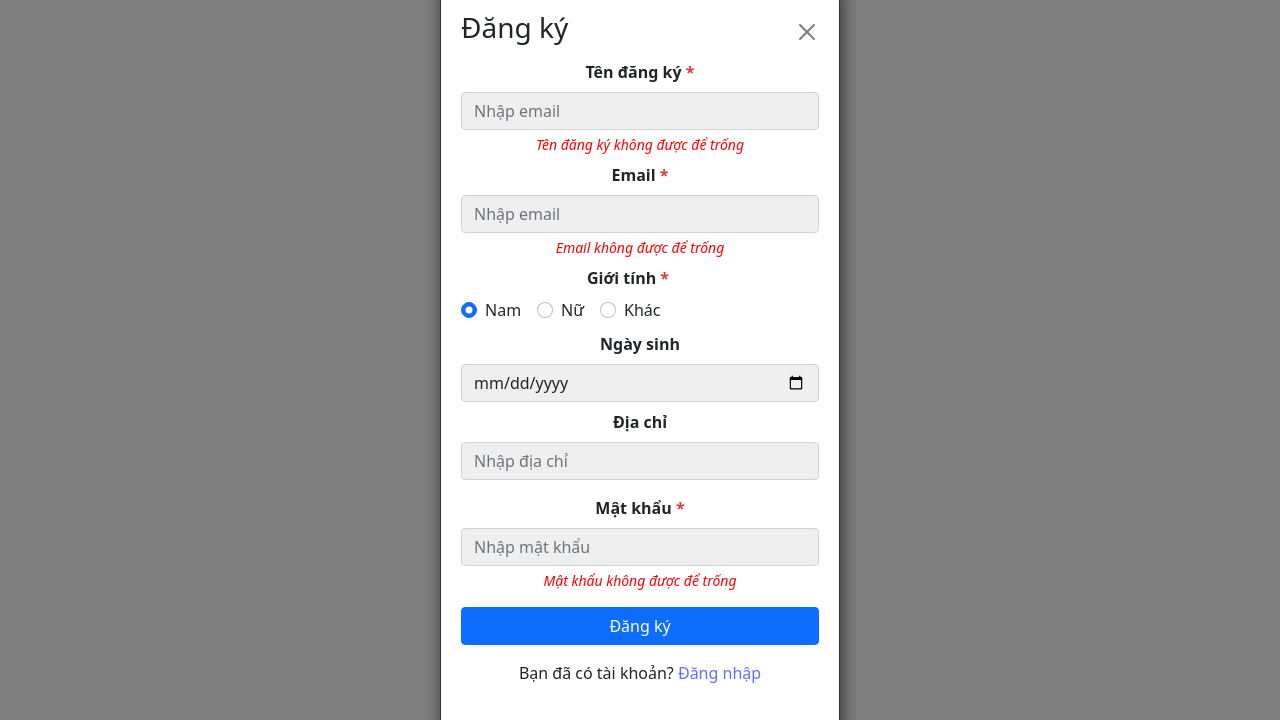
Repository: TinhTT336/MD02_Session12
Page: / (app in client/)
An editor plug-in stored every save of this project. The page is shown before and after the next save, followed by the edit.
The browser window is 1280 px wide. The pictures show the whole page.
The project was rebuilt for these pictures with package versions that can differ from the ones it lists, and the page was loaded fresh each time. Also part of the build but not shown: client/vite.config.js, client/src/utils/formatData.js, client/src/components/admin/manager-product/FormAdd.jsx, client/src/components/admin/manager-product/FormEdit.jsx, client/src/pages/product/ListProduct.jsx, client/src/components/admin/manager-user/FormAddUser.jsx, client/src/components/admin/manager-user/FormEditUser.jsx, client/src/components/base/loading.css and 4 more.

Above is the page before, as saved 2023-09-12 16:04:52.

### client/index.html
<!DOCTYPE html>
<html lang="en">
  <head>
    <meta charset="UTF-8" />
    <link rel="icon" type="image/svg+xml" href="/vite.svg" />
    <meta name="viewport" content="width=device-width, initial-scale=1.0" />
    <title>Vite + React</title>
    <link
      href="https://cdn.jsdelivr.net/npm/bootstrap@5.0.2/dist/css/bootstrap.min.css"
      rel="stylesheet"
      integrity="sha384-EVSTQN3/azprG1Anm3QDgpJLIm9Nao0Yz1ztcQTwFspd3yD65VohhpuuCOmLASjC"
      crossorigin="anonymous"
    />
    <link
      rel="stylesheet"
      href="https://cdnjs.cloudflare.com/ajax/libs/font-awesome/6.4.2/css/all.min.css"
      integrity="sha512-z3gLpd7yknf1YoNbCzqRKc4qyor8gaKU1qmn+CShxbuBusANI9QpRohGBreCFkKxLhei6S9CQXFEbbKuqLg0DA=="
      crossorigin="anonymous"
      referrerpolicy="no-referrer"
    />
  </head>
  <body>
    <div id="root"></div>
    <script type="module" src="/src/main.jsx"></script>
  </body>
</html>

### client/src/App.jsx
import { useState } from 'react'
import reactLogo from './assets/react.svg'
import viteLogo from '/vite.svg'
import './App.css'
import ListProduct from './pages/product/ListProduct'
import ListUser from './pages/admin/ListUser'
import Login from './pages/user/login/Login'
import Register from './pages/user/register/Register'

function App() {
  const [count, setCount] = useState(0)

  return (
    <>
      {/* <ListProduct /> */}
      {/* <ListUser /> */}
      {/* <Login /> */}
      <Register />
    </>
  )
}

export default App

### client/src/pages/user/register/Register.jsx
import React, { useState } from 'react'
import "./register.css";
export default function Register() {
    const [gender, setGender] = useState(0);

    // danh sach gender
    const listGender = [
        {
            id: 0,
            title: "Nam"
        },
        {
            id: 1,
            title: "Nữ"
        },
        {
            id: 2,
            title: "Khác"
        }
    ]

    const [user, setUser] = useState({
        user_name: '',
        gender: 0,
        dateOfBirth: "",
        email: '',
        address: "",
        password: '',
        role: 1,
    });
    const [username, setUsername] = useState("");
    const [email, setEmail] = useState("");
    const [password, setPassword] = useState("");
    const [usernameError, setUsernameError] = useState(false);
    const [emailError, setemailError] = useState(false);
    const [passwordError, setPasswordError] = useState(false);

    // ham validate du lieu nhap vao
    const validateData = (nameInput, valueInput) => {
        switch (nameInput) {
            case "username":
                if (!username) {
                    setUsernameError(true);
                } else {
                    setUsernameError(false);
                }
            case "email":
                if (!email) {
                    setemailError(true);
                } else {
                    setemailError(false);
                }
            case "password":
                if (!password) {
                    setPasswordError(true);
                } else {
                    setPasswordError(false);
                }

            default:
                break;
        }
    }

    // ham lay du lieu tu o Input
    const handleInputChange = (e) => {
        const { username, email, password } = e.target;
        setUser({ ...user, gender: gender })
    }
    return (
        <>
            <div className='container-login'>
                <form className='form-login'>
                    <div className='d-flex justify-content-between align-items-center mb-2'>
                        <h3>Đăng ký</h3>
                        <div className='btn btn-close'></div>
                    </div>
                    <div className='form-group mb-2'>
                        <label className='form-label' htmlFor="username">Tên đăng ký <span className="text-danger">*</span></label>
                        <input className='form-control' type="text" name="username" id="username" placeholder='Nhập email'
                            onChange={handleInputChange} />
                        <div className='text-err mt-1 border-err'>Tên đăng ký không được để trống</div>
                    </div>
                    <div className='form-group mb-2'>
                        <label className='form-label' htmlFor="email">Email <span className="text-danger">*</span></label>
                        <input className='form-control' type="text" name="email" id="email" placeholder='Nhập email' onChange={handleInputChange} />
                        <div className='text-err mt-1 border-err'>Email không được để trống</div>
                    </div>
                    <div className='d-flex flex-column'>
                        <label htmlFor="gender" className="form-label me-4">
                            Giới tính <span className="text-danger">*</span>
                        </label>
                        <div className='d-flex'>
                            {listGender.map(g => (
                                <div className="form-check me-3" key={g.id}>
                                    <input
                                        className="form-check-input"
                                        type="radio" checked={g.id === gender}
                                        name="gender" onChange={() => setGender(g.id)}
                                    />
                                    <label className="form-check-label" htmlFor="gender">{g.title}</label>
                                </div>
                            ))}
                        </div>
                    </div>
                    <div className='form-group mb-2 mt-2'>
                        <label className='form-label' htmlFor="dateOfBirth">Ngày sinh</label>
                        <input className='form-control' type="date" name="dateOfBirth" id="dateOfBirth" placeholder='Nhập ngày sinh'
                            onChange={handleInputChange} />
                    </div>
                    <div className='form-group mb-3'>
                        <label className='form-label' htmlFor="address">Địa chỉ</label>
                        <input className='form-control' type="text" name="address" id="address" placeholder='Nhập địa chỉ'
                            onChange={handleInputChange} />
                    </div>
                    <div className='form-group mb-3'>
                        <label className='form-label' htmlFor="password">Mật khẩu <span className="text-danger">*</span></label>
                        <input className='form-control' type="password" name="password" id="password" placeholder='Nhập mật khẩu'
                            onChange={handleInputChange} />
                        <div className='text-err mt-1 border-err'>Mật khẩu không được để trống</div>
                    </div>
                    <div className='mb-2'>
                        <button className='btn btn-primary w-100'>Đăng ký</button>
                    </div>
                    <p className='p-2 text-center' >Bạn đã có tài khoản? <a href='#'>Đăng nhập</a> </p>

                </form>
            </div>
        </>
    )
}

### client/src/pages/user/login/login.css
.container-login {
  position: fixed;
  top: 0;
  bottom: 0;
  left: 0;
  right: 0;
  background: rgba(0, 0, 0, 0.5);
  display: flex;
  align-items: center;
  justify-content: center;
}
.form-login {
  padding: 30px 20px;
  border: 1px solid #333;
  width: 400px;
  background-color: #fff;
  border-radius: 5px;
  box-shadow: 2px 8px 16px 2px rgba(0, 0, 0, 0.5);
}
.form-group {
  display: flex;
  flex-direction: column;
}
.form-label {
  font-weight: 600;
}
.text-err {
  color: red;
  font-style: italic;
  font-size: 14px;
}
.border-err {
  border-color: red;
}

### client/src/pages/user/register/register.css
.container-login {
  position: fixed;
  top: 0;
  bottom: 0;
  left: 0;
  right: 0;
  background: rgba(0, 0, 0, 0.5);
  display: flex;
  align-items: center;
  justify-content: center;
}
.form-login {
  padding: 30px 20px;
  border: 1px solid #333;
  width: 400px;
  background-color: #fff;
  border-radius: 5px;
  box-shadow: 2px 8px 16px 2px rgba(0, 0, 0, 0.5);
}
.form-group {
  display: flex;
  flex-direction: column;
}
.form-label {
  font-weight: 600;
}
.text-err {
  color: red;
  font-style: italic;
  font-size: 14px;
}
/* .text-err.border-err {
  border-color: red;
} */

### client/src/components/admin/manager-product/product.css
.product-container {
  position: fixed;
  bottom: 0;
  top: 0;
  right: 0;
  left: 0;
  background: rgba(0, 0, 0, 0.6);
  display: flex;
  align-items: center;
  justify-content: center;
  min-height: 100vh;
}
.form-container {
  width: 400px;
  padding: 20px;
  background-color: #fff;
  border: 1px solid #3333;
  border-radius: 4px;
}
.form-control {
  background-color: #efefef;
}

Loaded but not shown: client/src/main.jsx (common file); client/src/index.css (common file); client/src/App.css (common file)

After the next save:
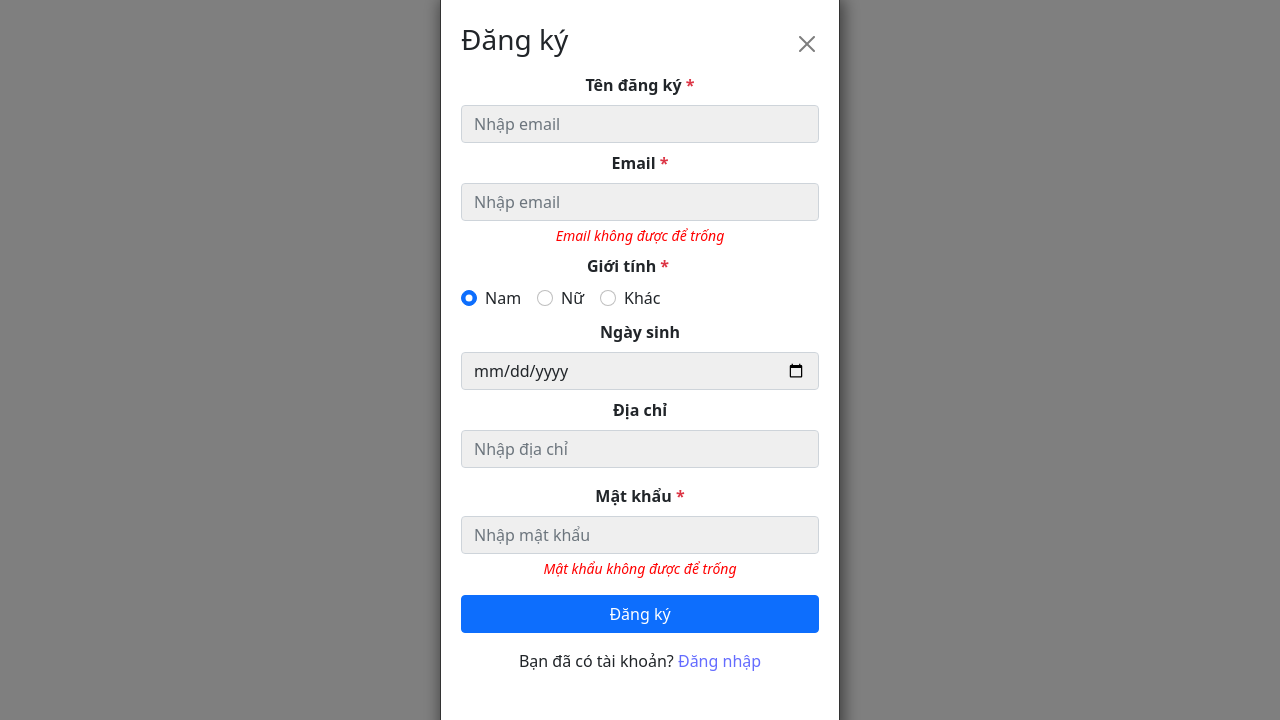
Saved 2 min 1 s later.
--- a/client/src/pages/user/register/Register.jsx
+++ b/client/src/pages/user/register/Register.jsx
@@ -79,7 +79,7 @@ export default function Register() {
                         <label className='form-label' htmlFor="username">Tên đăng ký <span className="text-danger">*</span></label>
                         <input className='form-control' type="text" name="username" id="username" placeholder='Nhập email'
                             onChange={handleInputChange} />
-                        <div className='text-err mt-1 border-err'>Tên đăng ký không được để trống</div>
+                        {usernameError && <div className='text-err mt-1 border-err'>Tên đăng ký không được để trống</div>}
                     </div>
                     <div className='form-group mb-2'>
                         <label className='form-label' htmlFor="email">Email <span className="text-danger">*</span></label>
